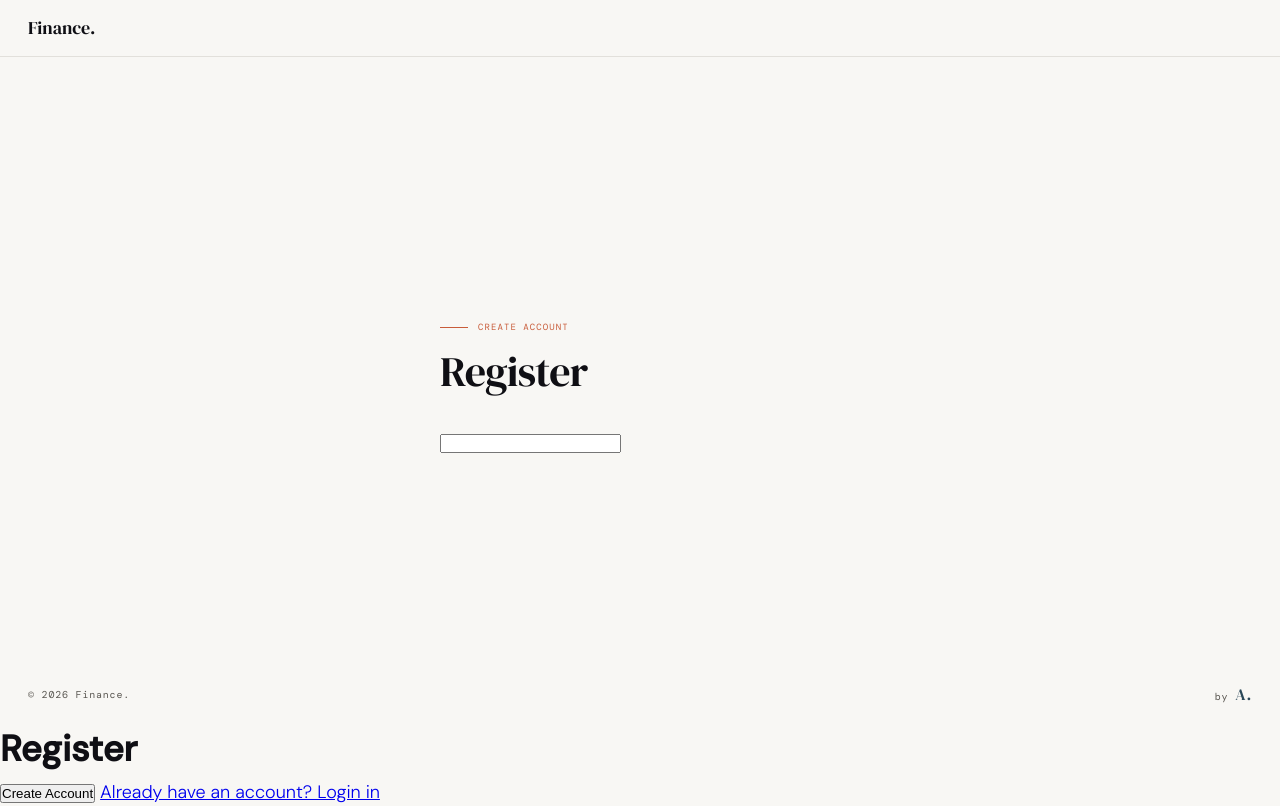
Repository: adtm0/Fined
Page: tracker/templates/tracker/register.html
An editor plug-in stored every save of this project. The page is shown before and after a run of saves, followed by the edit.
The browser window is 1280 px wide. The pictures show the whole page.
Some web fonts or font styles are not loaded; a fallback is used. The template is drawn by Django 4.2. The application's start-up code is not run. The template is opened directly, without the code that normally fills it, so the values that code supplies are empty.

Above is the page before, as saved 2026-05-01 21:47:05.

After the next 2 saves:
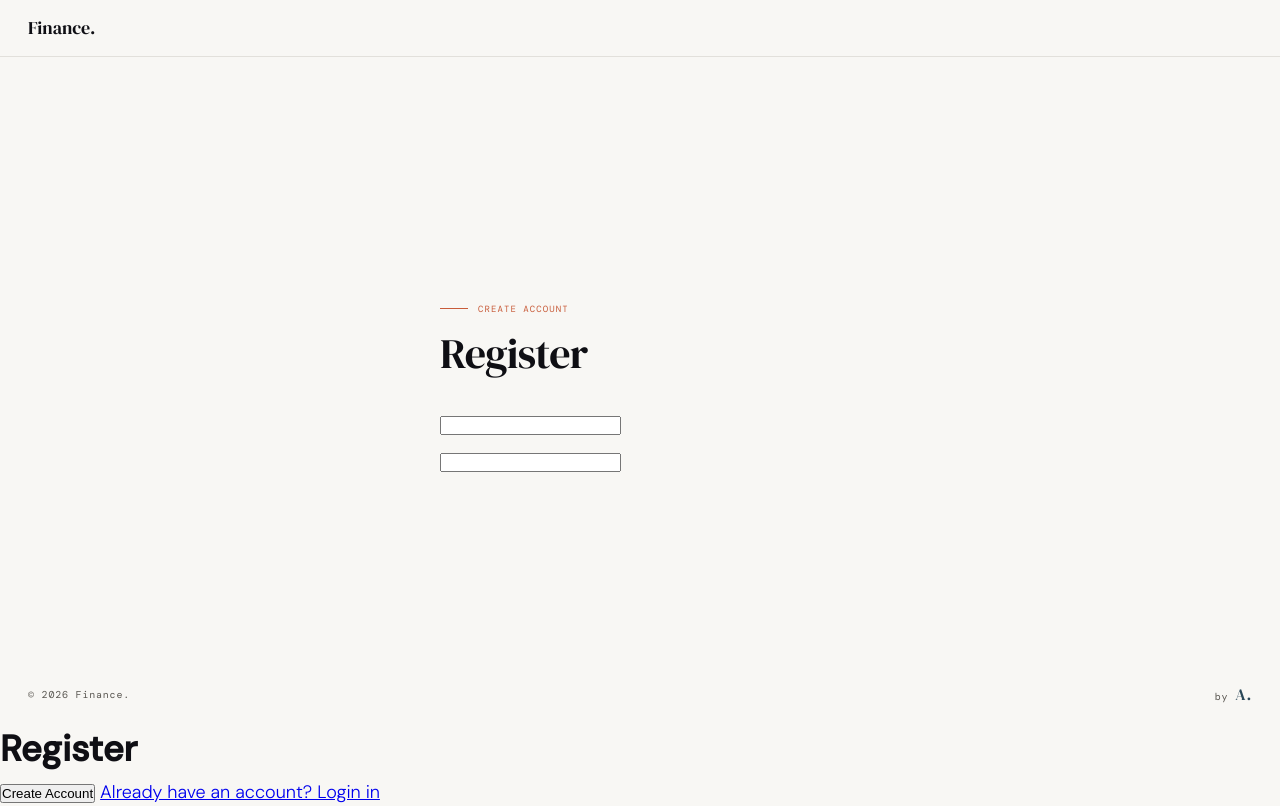
The 2 saves are shown as one change because they came seconds apart.
The last was saved 7 s later.
--- a/tracker/templates/tracker/register.html
+++ b/tracker/templates/tracker/register.html
@@ -17,6 +17,9 @@
       <label></label>
       <input></input>
 
+      <label></label>
+      <input></input>
+
     </form>
 
   </div>
